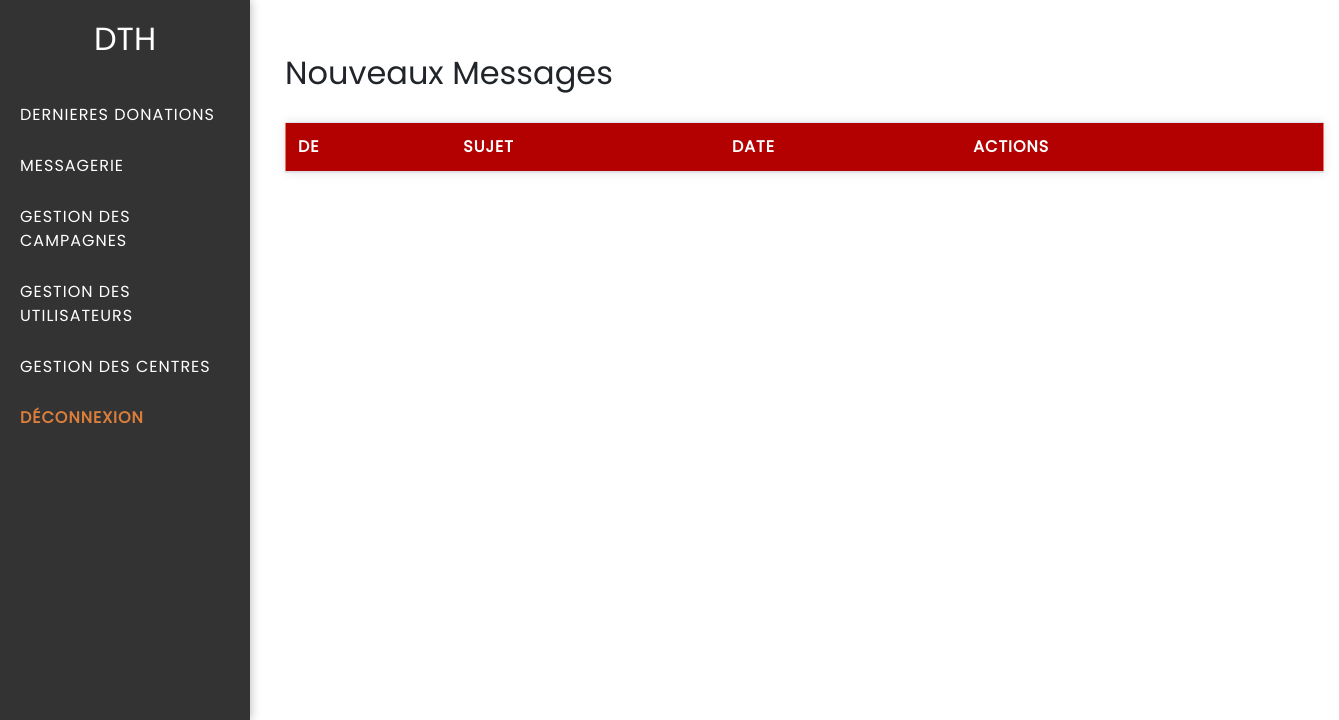
Repository: BrunoVgs/DTH
Page: templates/admin/messagerie.html.twig
The author's editor kept a copy of each file at every save. The page is drawn from the files as they stood at one save, then again after the next save.
The browser window is 1280 px wide. The page is 1339 px wide, so the pictures cover 1339 px, including what lies to the right of the window. The pictures show the whole page.
The page is a Twig template of a Symfony application; nobody is signed in and links lead nowhere. The template is opened directly, without the code that normally fills it, so the values that code supplies are empty.

Above is the page before, as saved 2023-08-07 16:56:38.

### templates/admin/messagerie.html.twig
{% extends 'admin/base.html.twig' %}

{% block title %}Nouveaux Messages{% endblock %}

{% block body %}
<div class="container-fluid">
    <h1>Nouveaux Messages</h1>

    <table class="table table-striped">
        <thead>
            <tr>
                <th>De</th>
                <th>Sujet</th>
                <th>Date</th>
                <th>Actions</th>
            </tr>
        </thead>
        <tbody>
            {% for message in messages %}
                <tr {% if not message.isRead %}class="table-info"{% endif %}>
                    <td>{{ message.user.firstName }} {{ message.user.lastName }}</td>
                    <td>{{ message.subject }}</td>
                    <td>{{ message.createdAt|date('d/m/Y H:i') }}</td>
                    <td>
                        <a href="#" class="btn btn-primary">Voir</a>
                    </td>
                </tr>
            {% endfor %}
        </tbody>
    </table>
</div>
{% endblock %}

### templates/admin/base.html.twig
<!DOCTYPE html>
<html lang="en">
<head>
    <meta charset="UTF-8">
    <meta name="viewport" content="width=device-width, initial-scale=1.0">
    {% block title %} <title>DTH Backoffice</title> {% endblock %}
    <link rel="stylesheet" href="https://maxcdn.bootstrapcdn.com/bootstrap/4.5.2/css/bootstrap.min.css">
    <link rel="stylesheet" href="{{ asset('css/backoffice.css') }}">
    <link href="https://fonts.googleapis.com/css2?family=Poppins&display=swap" rel="stylesheet">
</head>
<body>
    <!-- Barre latérale -->
<div class="sidebar">
    <a href="{{ path('admin') }}" style="text-decoration: none; color: #fff;">
        <h2>DTH</h2>
    </a>
    <a class="liens" href="{{ path('admin_donation') }}">Dernieres Donations</a>
    <a class="liens" href="{{ path('admin_messagerie')}}">Messagerie</a>
    <a class="liens" href="#">Gestion des campagnes</a>
    <a class="liens" href="{{ path('admin_user')}}">Gestion des utilisateurs</a>
    <a class="liens" href="{{ path('admin_center')}}">Gestion des centres</a>

    <!-- Logout boutton -->
    <a class="liens logout" href="{{ path('logout') }}">Déconnexion</a>
</div>

    {% block body %}{% endblock %}

    <script src="https://code.jquery.com/jquery-3.5.1.slim.min.js"></script>
    <script src="https://cdn.jsdelivr.net/npm/@popperjs/core@2.9.1/dist/umd/popper.min.js"></script>
    <script src="https://maxcdn.bootstrapcdn.com/bootstrap/4.5.2/js/bootstrap.min.js"></script>

    {% block scripts %}{% endblock %}
</body>
</html>

### public/css/backoffice.css
* {
    font-family: 'Poppins', sans-serif;
}

/* CSS pour la barre latérale */
.sidebar {
    height: 100%;
    width: 250px;
    position: fixed;
    top: 0;
    left: 0;
    background-color: #333;
    padding-top: 20px;
}

.sidebar h2 {
    color: #fff;
    text-align: center;
    margin-bottom: 30px;
    text-transform: uppercase;
}

.sidebar .liens {
    display: block;
    color: #fff;
    padding: 12px 20px;
    text-decoration: none;
    transition: background-color 0.3s ease;
    padding-top: 15px;
    text-transform: uppercase;
    letter-spacing: 1px;
    transition: all 0.2s ease;
}

.sidebar .liens:hover {
    background: linear-gradient(45deg, #ff0000, #b30000);
    transform: scale(1.05);
}

.sidebar .liens.active {
    background-color: #0056b3;
    font-weight: bold;
}

.sidebar .liens:first-child {
    padding-top: 25px;
}

.sidebar {
    box-shadow: 0 0 10px rgba(0, 0, 0, 0.3);
}

.sidebar .liens .logout {

    color:gold
}

.panels {
    margin-left: 250px;
    padding: 20px;
}



.table {
    width: 100%;
    border-collapse: collapse;
    margin-bottom: 20px;
    background-color: #fff;
    border: 1px solid #e90b0b96;
}

.table th,
.table td {
    padding: 12px;
    border-bottom: 1px solid #ddd;
}

.table th {
    background: #b30000;
    color: #fff;
    text-align: left;
}


.table tbody tr:hover {
    background-color: #f2f2f2;
}


.table th {
    text-transform: uppercase;
    letter-spacing: 1px;
}


.table td:first-child,
.table td:last-child {
    border-radius: 4px;
}

.btn {
    background-color: #b90000;
    color: #fff;
    font-weight: 700;
    padding: 6px 20px;
    border: none;
    border-radius: 30px;
    transition: 0.4s ease;
    border: 2px solid #333;
    box-shadow: 0 2px 4px rgba(0, 0, 0, 0.2);
}

.btn:hover {
    background-color: #800202;
    transition: 0.4s ease;
    color: white;
    border: 2px solid #333;
    box-shadow: 0 4px 8px rgba(0, 0, 0, 0.3); /
}


.table {
    box-shadow: 0 0 10px rgba(0, 0, 0, 0.1);
}
.container-fluid {
    width: 83.5%;
    margin-left: 270px;
}

h1 {
    font-size: 2em;
    margin-bottom: 30px;
    font-family: 'Poppins', sans-serif;
    margin-top: 30px
}

form {
    padding: 20px;
    background-color: #f9f9f9;
    border: 1px solid #ddd;
    border-radius: 5px;
    border: 2px solid #800202;
    margin-bottom: 20px;
}

.form-group {
    margin-bottom: 20px;
}

label {
    font-weight: bold;
}

input.form-control {
    width: 100%;
    padding: 8px;
    border: 1px solid #ccc;
    border-radius: 5px;
    font-size: 16px;
}

.sidebar .liens.logout {

    color:rgb(219, 126, 59);
    font-weight: 1000;
}

.sidebar .liens.logout:hover {

    color: rgb(255, 255, 255);
    font-weight: 1000;
}

After the next save:
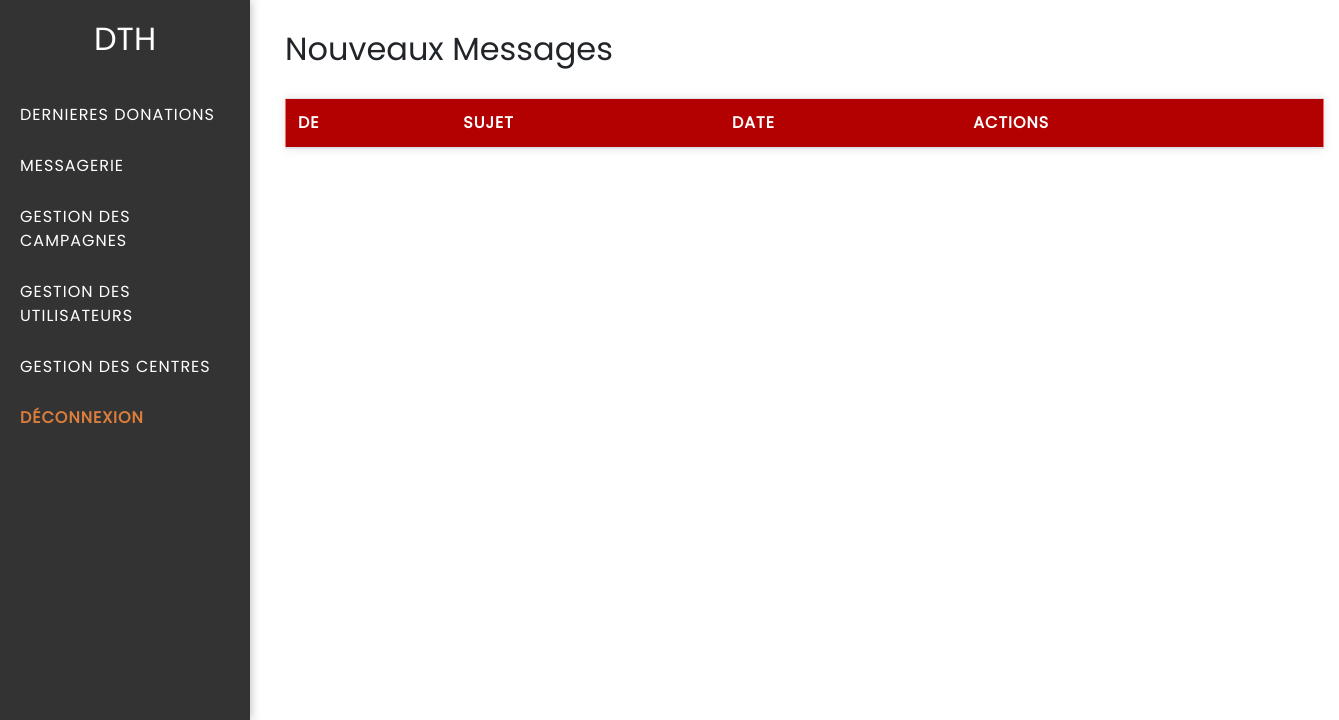
Saved 7 s later.
--- a/templates/admin/messagerie.html.twig
+++ b/templates/admin/messagerie.html.twig
@@ -1,6 +1,6 @@
 {% extends 'admin/base.html.twig' %}
 
-{% block title %}Nouveaux Messages{% endblock %}
+{% block title %} <title>Nouveaux Messages</title>{% endblock %}
 
 {% block body %}
 <div class="container-fluid">
